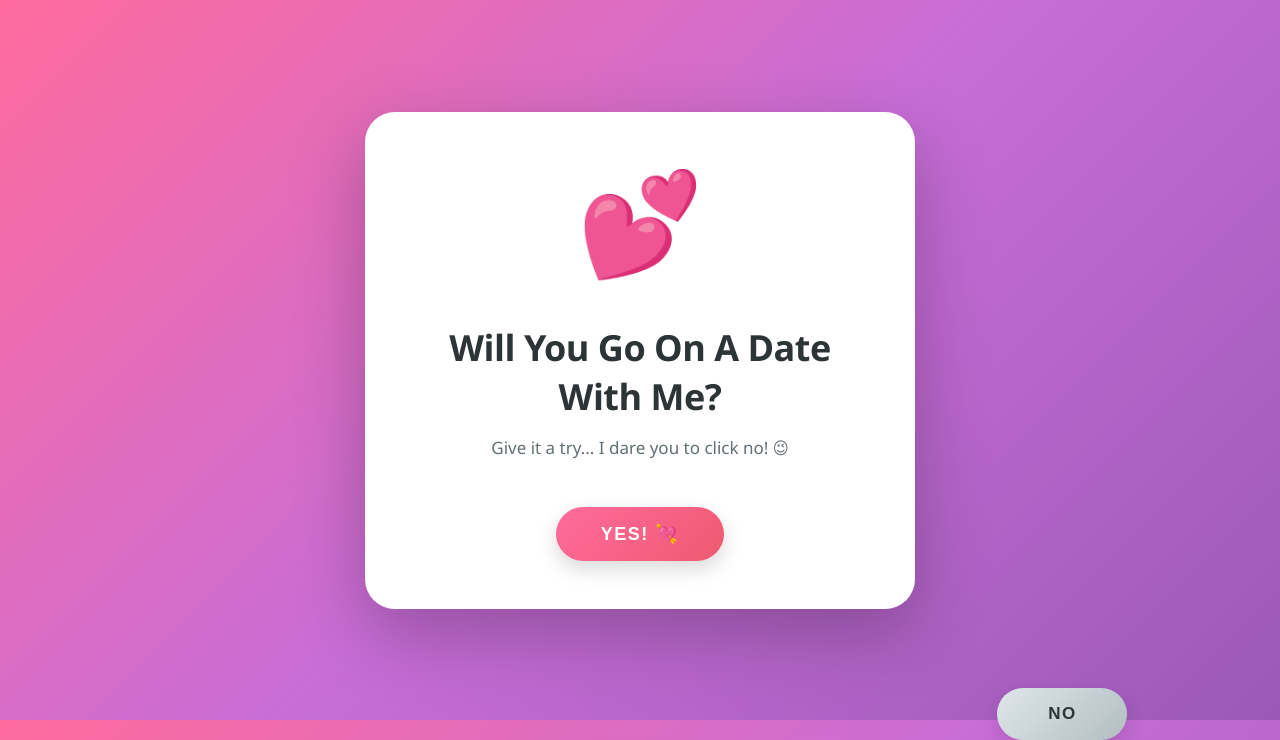
Repository: Cryuis/date-me-website
Page: index.html
An editor plug-in stored every save of this project. The page is shown before and after the next save, followed by the edit.
The browser window is 1280 px wide. The pictures show the whole page.
After loading, the first visible `#noBtn` was clicked once.

Above is the page before, as saved 2026-05-29 16:56:31.

After the next save:
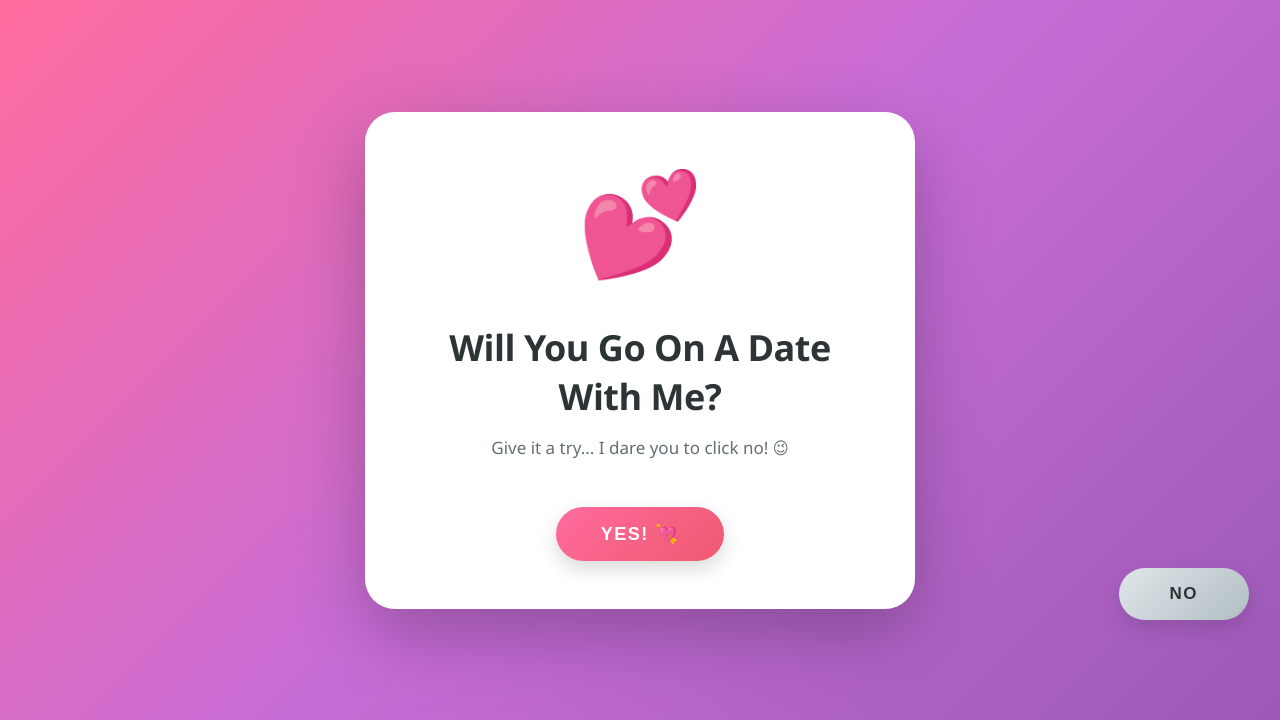
Saved 58 s later.
--- a/index.html
+++ b/index.html
@@ -376,40 +376,22 @@
         // Generate random position with more dynamic movement
         const isMobile = window.innerWidth <= 768;
 
-        // Get button dimensions
-        const btnRect = noBtn.getBoundingClientRect();
-        const btnWidth = btnRect.width || 130;
-        const btnHeight = btnRect.height || 50;
-
-        // Move button away from cursor
-        const containerRect = noBtn.parentElement.getBoundingClientRect();
-        const containerCenterX = containerRect.left + containerRect.width / 2;
-        const containerCenterY = containerRect.top + containerRect.height / 2;
-
-        // Calculate random offset away from center - larger for mobile
-        const offsetX = (Math.random() - 0.5) * (isMobile ? 250 : 350);
-        const offsetY = (Math.random() - 0.5) * (isMobile ? 250 : 350);
-
-        // Clamp to screen bounds - keep button fully visible
-        const padding = 10;
-        const newLeft = Math.max(
-          padding,
-          Math.min(
-            containerCenterX + offsetX - btnWidth / 2,
-            window.innerWidth - btnWidth - padding,
-          ),
-        );
-        const newTop = Math.max(
-          padding,
-          Math.min(
-            containerCenterY + offsetY - btnHeight / 2,
-            window.innerHeight - btnHeight - padding,
-          ),
-        );
+        // Get button dimensions for better positioning
+        const btnWidth = 130;
+        const btnHeight = 50;
+        const padding = 15;
+
+        // Generate random position within visible screen bounds
+        const maxLeft = window.innerWidth - btnWidth - padding;
+        const maxTop = window.innerHeight - btnHeight - padding;
+
+        // Ensure minimum position is respectable
+        const randomLeft = Math.max(padding, Math.random() * maxLeft);
+        const randomTop = Math.max(padding, Math.random() * maxTop);
 
         noBtn.style.position = "fixed";
-        noBtn.style.left = newLeft + "px";
-        noBtn.style.top = newTop + "px";
+        noBtn.style.left = randomLeft + "px";
+        noBtn.style.top = randomTop + "px";
         noBtn.style.zIndex = "9999";
 
         // Add fun message with random excuses
